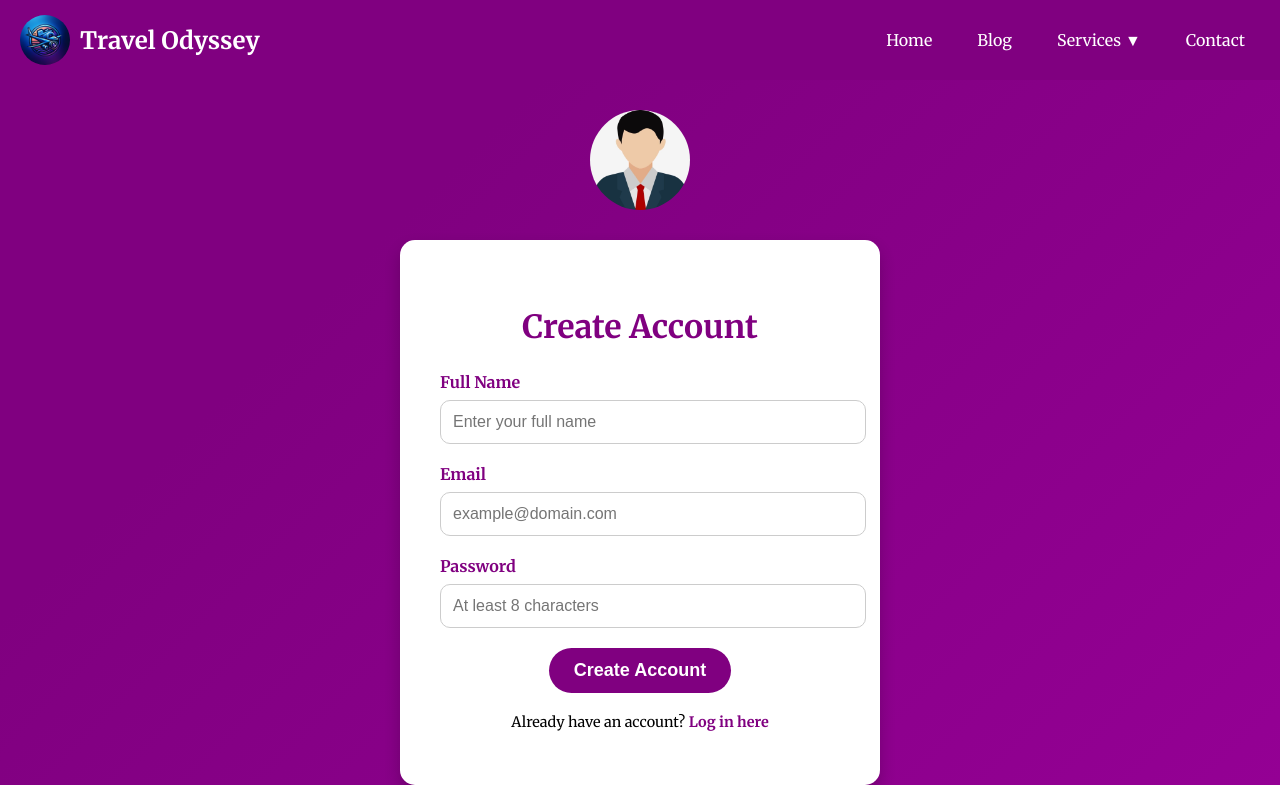
Repository: GHzPhoenix/Project-Odyssey
Page: Frontend/signup.html
An editor plug-in stored every save of this project. The page is shown before and after the next save, followed by the edit.
The browser window is 1280 px wide. The pictures show the whole page.

Above is the page before, as saved 2025-06-05 23:41:35.

### Frontend/signup.html
<!DOCTYPE html>
<html lang="en">
  <head>
    <meta charset="UTF-8" />
    <meta name="viewport" content="width=device-width, initial-scale=1.0" />
    <title>Sign Up - Travel Odyssey</title>
    <link rel="stylesheet" href="/Frontend/css/login.css" />

    <link rel="preconnect" href="https://fonts.googleapis.com" />
    <link rel="preconnect" href="https://fonts.gstatic.com" crossorigin />
    <link
      href="https://fonts.googleapis.com/css2?family=Merriweather:wght@300;400;700&display=swap"
      rel="stylesheet"
    />
  </head>

  <body>
    <header>
      <nav>
        <div class="logo">
          <img src="./assets/your-logo.png" alt="Travel Odyssey Logo" />
          Travel Odyssey
        </div>
        <button
          class="menu-toggle"
          aria-label="Toggle navigation"
          onclick="toggleMenu()"
        >
          <span></span>
          <span></span>
          <span></span>
        </button>
        <ul class="nav-menu">
          <li><a href="index.html">Home</a></li>
          <li><a href="city.html">Blog</a></li>
          <li class="dropdown-parent">
            <a href="#">Services ▼</a>
            <div class="dropdown">
              <a href="membership.html">Memberships</a>
              <a href="dream.html">Plan your Trip</a>
              <a href="client-area.html">Client Area</a>
            </div>
          </li>
          <li><a href="contact.html">Contact</a></li>
        </ul>
      </nav>
    </header>
    <img class="avatar" src="./assets/avatar.jpg" alt="avatar" />
    <main class="login-container">
      <div>
        <form class="login-form" id="signup-form">
          <h2 class="auth-title">Create Account</h2>

          <div class="input-group">
            <label for="name">Full Name</label>
            <input
              type="text"
              id="name"
              name="name"
              required
              minlength="2"
              placeholder="Enter your full name"
            />
          </div>

          <div class="input-group">
            <label for="email">Email</label>
            <input
              type="email"
              id="email"
              name="email"
              required
              autocomplete="email"
              placeholder="example@domain.com"
            />
          </div>

          <div class="input-group">
            <label for="password">Password</label>
            <input
              type="password"
              id="password"
              name="password"
              required
              minlength="8"
              autocomplete="new-password"
              placeholder="At least 8 characters"
            />
          </div>

          <button type="submit" class="btn-primary signup-button">
            Create Account
          </button>

          <p class="signup-text">
            Already have an account?
            <a href="client-area.html">Log in here</a>
          </p>

          <div id="signup-message" class="alert-message"></div>
        </form>
      </div>
    </main>

    <script>
      function toggleMenu() {
        const menu = document.querySelector(".nav-menu");
        menu.classList.toggle("active");
      }

      document
        .getElementById("signup-form")
        .addEventListener("submit", async (e) => {
          e.preventDefault();

          const nameInput = document.getElementById("name");
          const emailInput = document.getElementById("email");
          const passwordInput = document.getElementById("password");
          const messageElement = document.getElementById("signup-message");

          messageElement.textContent = "";
          messageElement.classList.remove("error", "success");

          const name = nameInput.value.trim();
          const email = emailInput.value.trim();
          const password = passwordInput.value.trim();

          if (!name || !email || !password) {
            showMessage("All fields are required", "error");
            return;
          }

          if (password.length < 8) {
            showMessage("Password must be at least 8 characters", "error");
            return;
          }

          try {
            const controller = new AbortController();
            const timeoutId = setTimeout(() => controller.abort(), 10000);

            const response = await fetch("http://127.0.0.1:5000/api/register", {
              method: "POST",
              headers: {
                "Content-Type": "application/json",
              },
              body: JSON.stringify({ name, email, password }),
              mode: "cors",
            });

            clearTimeout(timeoutId);

            const data = await response.json();

            if (!response.ok) {
              throw new Error(
                data.error || `Registration failed (${response.status})`
              );
            }

            showMessage("Registration successful! Redirecting...", "success");
            setTimeout(() => {
              window.location.href = "client-area.html";
            }, 1500);
          } catch (error) {
            console.error("Registration error:", error);
            const message =
              error.name === "AbortError"
                ? "Request timed out. Please try again."
                : error.message || "Registration failed. Please try again.";
            showMessage(message, "error");
          }
        });

      function showMessage(text, type = "info") {
        const messageElement = document.getElementById("signup-message");
        messageElement.textContent = text;
        messageElement.className = `alert-message ${type}`;

        if (type === "error") {
          setTimeout(() => {
            messageElement.textContent = "";
            messageElement.classList.remove("error");
          }, 5000);
        }
      }
    </script>
  </body>
</html>

### Frontend/css/login.css
body {
  margin: 0;
  padding: 0;
  font-family: "Merriweather", serif;
  background: linear-gradient(135deg, purple 30%, rgb(148, 0, 148) 100%);
  min-height: 100vh;
  display: flex;
  flex-direction: column;
  align-items: center;
}

header {
  width: 100%;
  background-color: purple;
  color: white;
}

nav {
  display: flex;
  justify-content: space-between;
  align-items: center;
  padding: 15px 20px;
}

.logo {
  display: flex;
  align-items: center;
  font-size: 24px;
  font-weight: bold;
}

.logo img {
  width: 50px;
  height: 50px;
  border-radius: 50%;
  margin-right: 10px;
}

nav ul {
  list-style: none;
  display: flex;
  gap: 15px;
  margin: 0;
  padding: 0;
}

nav ul li {
  position: relative;
}

nav ul li a {
  text-decoration: none;
  color: white;
  font-size: 16px;
  padding: 8px 15px;
  border-radius: 5px;
  transition: background 0.3s ease;
}

nav ul li a:hover {
  background-color: #cd75ce;
  color: yellow;
}

nav ul li .dropdown {
  display: none;
  position: absolute;
  background-color: white;
  top: 100%;
  left: 0;
  border-radius: 8px;
  box-shadow: 0 4px 8px rgba(0, 0, 0, 0.2);
  overflow: hidden;
  transition: 0.3s;
}

nav ul li:hover .dropdown {
  display: block;
}

nav ul li .dropdown a {
  color: #333;
  padding: 10px;
  display: block;
}

nav ul li .dropdown a:hover {
  background-color: #f4f4f4;
}

.menu-toggle {
  display: none;
  flex-direction: column;
  cursor: pointer;
}

.menu-toggle div {
  width: 30px;
  height: 3px;
  background-color: white;
  margin: 5px 0;
}

@media (max-width: 768px) {
  nav ul {
    display: none;
    flex-direction: column;
    background: purple;
    position: absolute;
    top: 70px;
    left: 0;
    width: 100%;
  }

  nav ul.active {
    display: flex;
  }

  .menu-toggle {
    display: flex;
  }
}

.avatar {
  width: 100px;
  height: 100px;
  border-radius: 50%;
  margin-top: 30px;
  object-fit: cover;
}

.login-container {
  background: white;
  padding: 40px;
  margin-top: 30px;
  border-radius: 15px;
  width: 100%;
  max-width: 400px;
  box-shadow: 0 8px 16px rgba(0, 0, 0, 0.2);
  text-align: center;
}

.login-form h2 {
  margin-bottom: 25px;
  font-size: 2rem;
  color: purple;
}

.input-group {
  text-align: left;
  margin-bottom: 20px;
}

.input-group label {
  display: block;
  margin-bottom: 8px;
  font-weight: bold;
  color: purple;
}

.input-group input {
  width: 100%;
  padding: 12px;
  border-radius: 10px;
  border: 1px solid #ccc;
  font-size: 16px;
}

button[type="submit"] {
  background: purple;
  color: white;
  border: none;
  padding: 12px 25px;
  border-radius: 30px;
  font-size: 18px;
  font-weight: bold;
  cursor: pointer;
  transition: background 0.3s;
}

button[type="submit"]:hover {
  background: rgb(148, 0, 148);
}

.signup-text {
  margin-top: 20px;
  font-size: 0.9rem;
}

.signup-text a {
  color: purple;
  font-weight: bold;
  text-decoration: none;
}

.signup-text a:hover {
  text-decoration: underline;
}

footer {
  margin-top: auto;
  padding: 20px;
  text-align: center;
  background: purple;
  color: white;
  font-size: 0.9rem;
}

@media (max-width: 480px) {
  .login-container {
    padding: 30px 20px;
    width: 90%;
  }
}

After the next save:
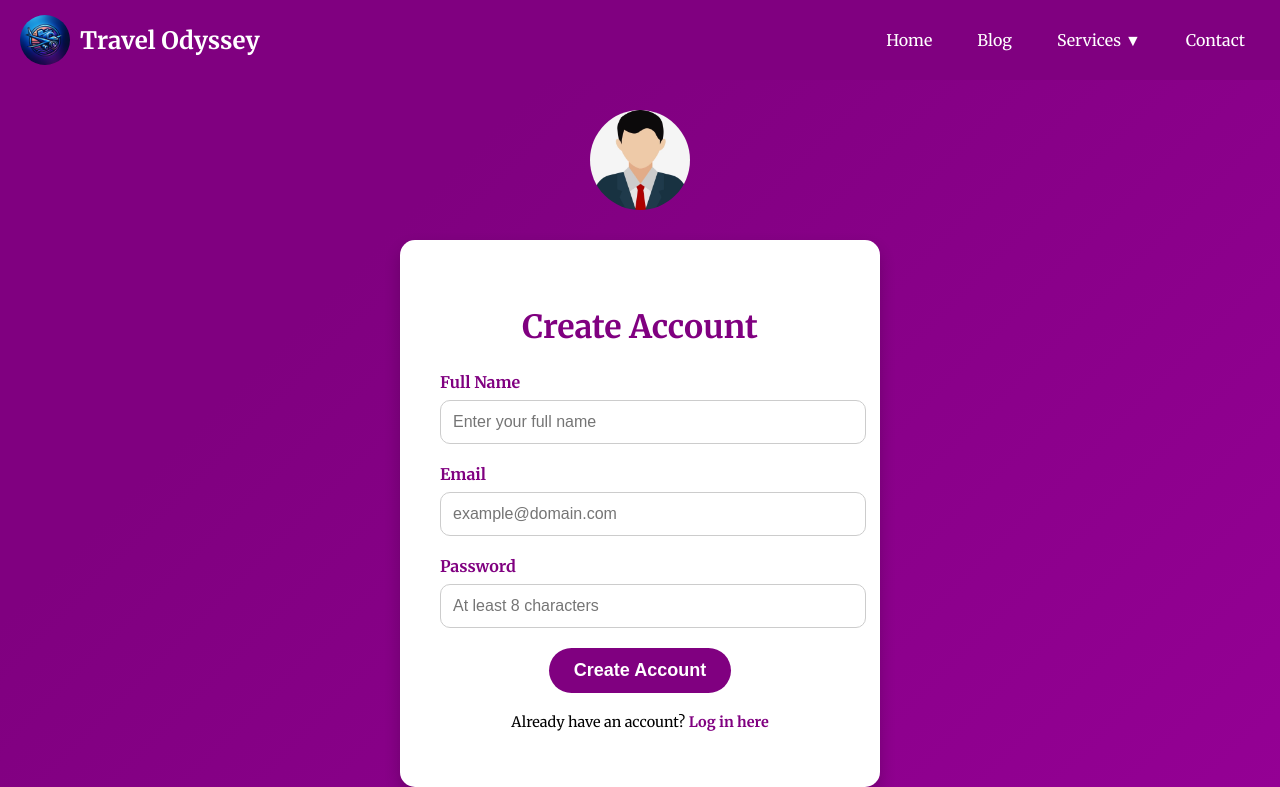
Saved 61 s later.
--- a/Frontend/signup.html
+++ b/Frontend/signup.html
@@ -12,6 +12,20 @@
       href="https://fonts.googleapis.com/css2?family=Merriweather:wght@300;400;700&display=swap"
       rel="stylesheet"
     />
+    <style>
+      /* Minimal inline styling for .alert-message, .error, .success */
+      .alert-message {
+        margin-top: 1rem;
+        font-size: 0.9rem;
+        transition: opacity 0.3s ease;
+      }
+      .alert-message.error {
+        color: #b00020;
+      }
+      .alert-message.success {
+        color: #0b6623;
+      }
+    </style>
   </head>
 
   <body>
@@ -118,6 +132,7 @@
           const passwordInput = document.getElementById("password");
           const messageElement = document.getElementById("signup-message");
 
+          // Clear any previous messages
           messageElement.textContent = "";
           messageElement.classList.remove("error", "success");
 
@@ -136,16 +151,18 @@
           }
 
           try {
+            // AbortController in case the request hangs
             const controller = new AbortController();
             const timeoutId = setTimeout(() => controller.abort(), 10000);
 
-            const response = await fetch("http://127.0.0.1:5000/api/register", {
+            // NOTE: change port to 5001, matching your SQLite backend
+            const response = await fetch("http://127.0.0.1:5001/api/register", {
               method: "POST",
               headers: {
                 "Content-Type": "application/json",
               },
               body: JSON.stringify({ name, email, password }),
-              mode: "cors",
+              signal: controller.signal,
             });
 
             clearTimeout(timeoutId);
@@ -164,10 +181,13 @@
             }, 1500);
           } catch (error) {
             console.error("Registration error:", error);
-            const message =
-              error.name === "AbortError"
-                ? "Request timed out. Please try again."
-                : error.message || "Registration failed. Please try again.";
+            let message;
+            if (error.name === "AbortError") {
+              message = "Request timed out. Please try again.";
+            } else {
+              message =
+                error.message || "Registration failed. Please try again.";
+            }
             showMessage(message, "error");
           }
         });
